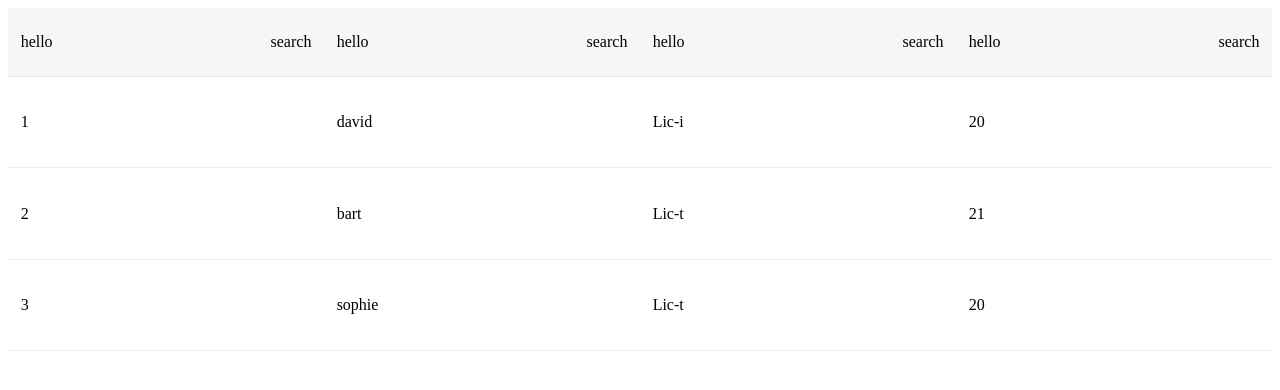
Repository: mrDav90/simple-htmlTable-generator
Page: index.html
These files come from the project's save history. The page is drawn as it stood at one moment and after the next save; the edit follows.
The browser window is 1280 px wide. The pictures show the whole page.

Above is the page before, as saved 2022-08-09 14:48:41.

After the next save:
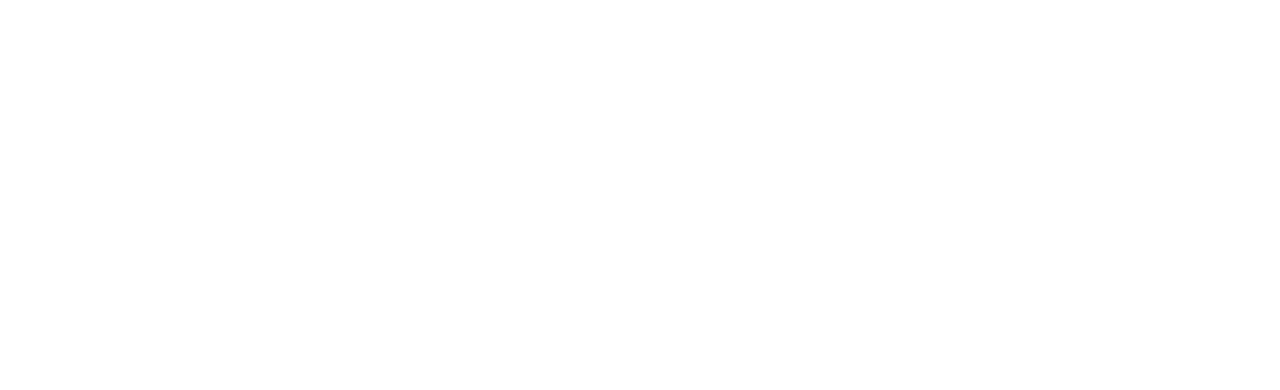
Console error: ReferenceError: columnOptions is not defined
Saved 2 min 58 s later.
--- a/index.html
+++ b/index.html
@@ -111,7 +111,8 @@
             ninjavidTable({
                 rowCount : theData.length ,
                 columnCount : 4 ,
-                data : theData
+                data : theData ,
+                columnOptions
             });
 
 

After the 3 saves that followed:
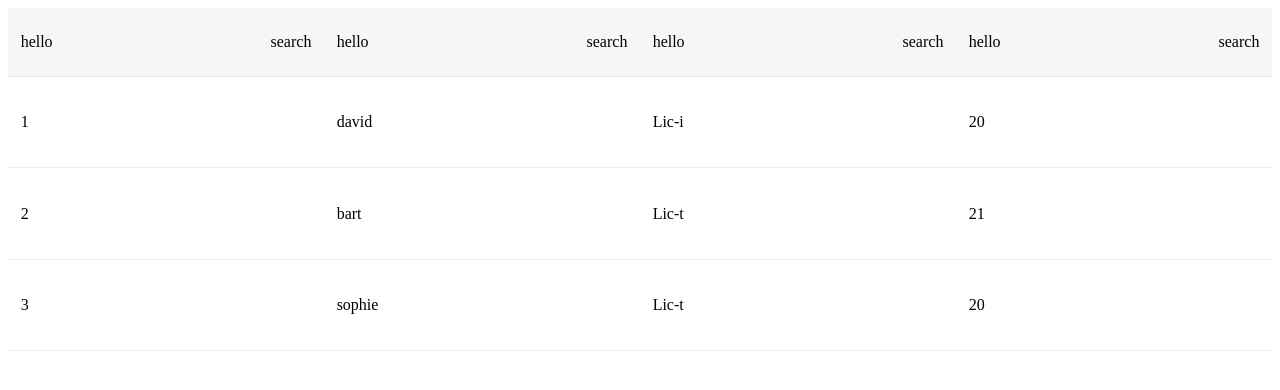
The error is gone.
The 3 saves are shown as one change because 2 left the picture as it was.
The last was saved 55 s later.
--- a/index.html
+++ b/index.html
@@ -112,7 +112,7 @@
                 rowCount : theData.length ,
                 columnCount : 4 ,
                 data : theData ,
-                columnOptions
+                columnOptions : true
             });
 
 
@@ -130,11 +130,9 @@
     table{
         width: 100%;
     }
-
     tr{
         border-bottom: 1px solid  rgba(220, 220, 220, 0.5);
     }
-
     th{
         height: 6vh ;
         width: auto;
@@ -142,14 +140,10 @@
         padding: 1%;
         background: #f6f6f7;
     }
-
     td{
         height: 9vh;
         padding: 1%;
     }
-
-
-
     tr:not(.tr-header):hover {
         background-color: rgba(220, 220, 220, 0.5);
         transition: all 0.2s;
